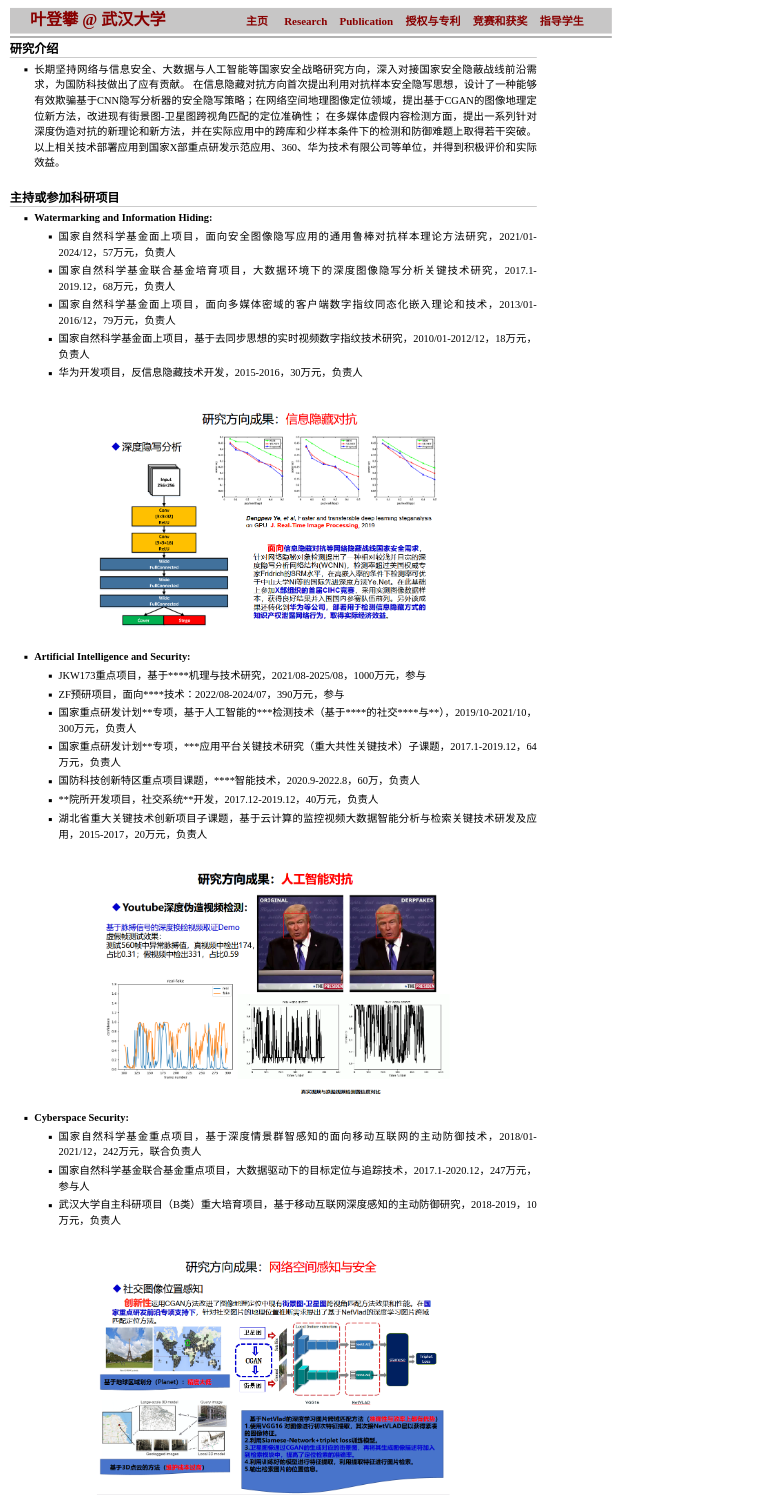
Repository: yedengpan/yedengpan.github.io
Page: research.html
The author's editor kept a copy of each file at every save. The page is drawn from the files as they stood at one save, then again after a run of saves.
The browser window is 1280 px wide. The pictures show the whole page, at 61% of full size.

Above is the page before, as saved 2023-12-04 15:32:20.
Console error: SyntaxError: Unexpected token '%'

After the next 2 saves:
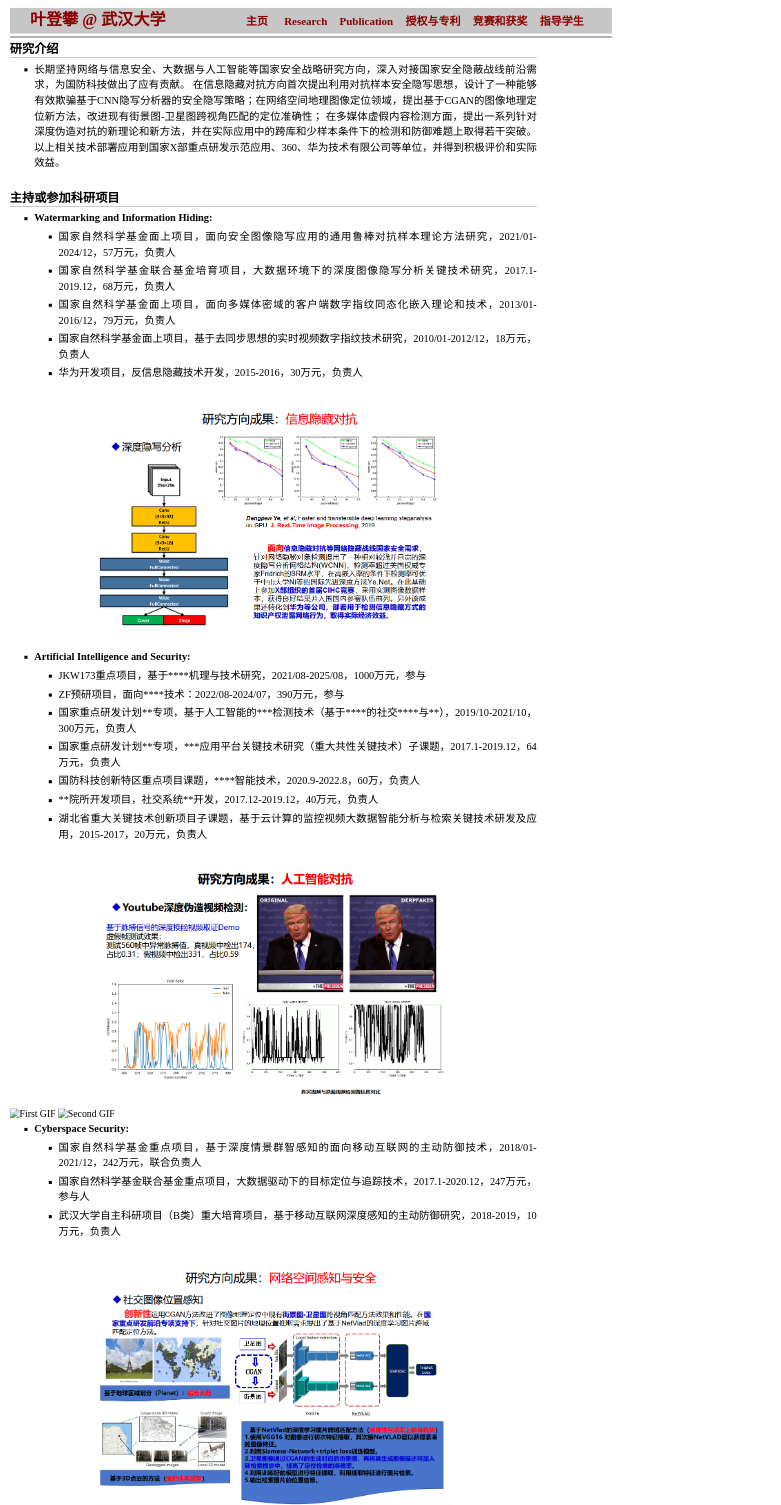
Not found: path/to/first.gif
Not found: path/to/second.gif
The 2 saves are shown as one change because they came seconds apart.
The last was saved 17 s later.
--- a/research.html
+++ b/research.html
@@ -102,6 +102,8 @@
         </ul>
         <img class="center-image" src="./source_files/222.png" alt="artificial_security" />
 
+        <img src="path/to/first.gif" alt="First GIF">
+        <img src="path/to/second.gif" alt="Second GIF">
 
         <ul>
             <li><p style="text-align:justify;"><b> Cyberspace Security:</b></p></li>
